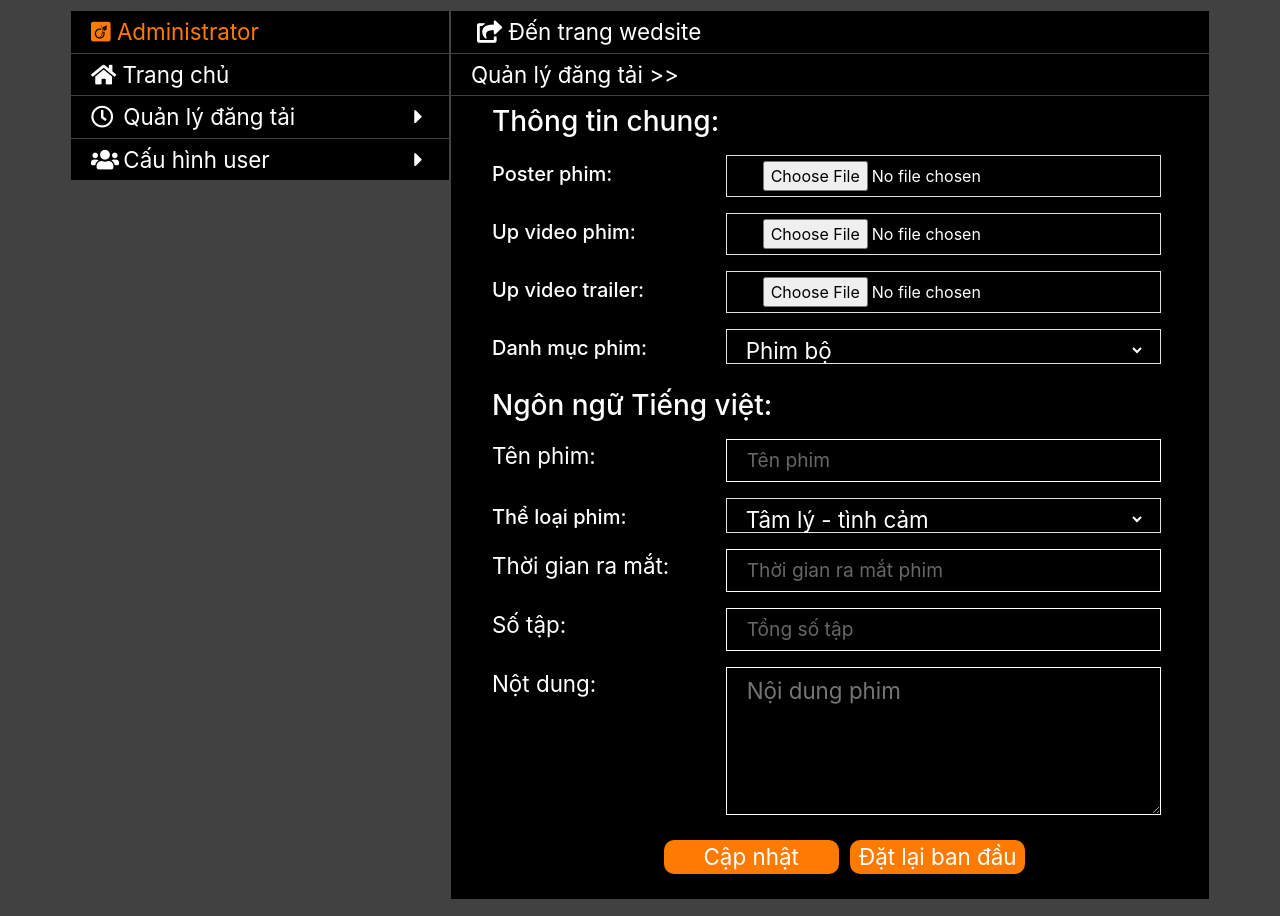
Repository: SonNguyen892002/Lau-Dai-Code
Page: http://localhost/wed-jdbc-1-2023/views/admin/dangtaiphim.jsp
The author's editor kept a copy of each file at every save. The page is drawn from the files as they stood at one save, then again after the next save.
The browser window is 1280 px wide. The pictures show the whole page.
The page is served by Tomcat 9. Nobody is signed in. The application's start-up code is not run.

Above is the page before, as saved 2022-01-15 10:13:39.

After the next save:
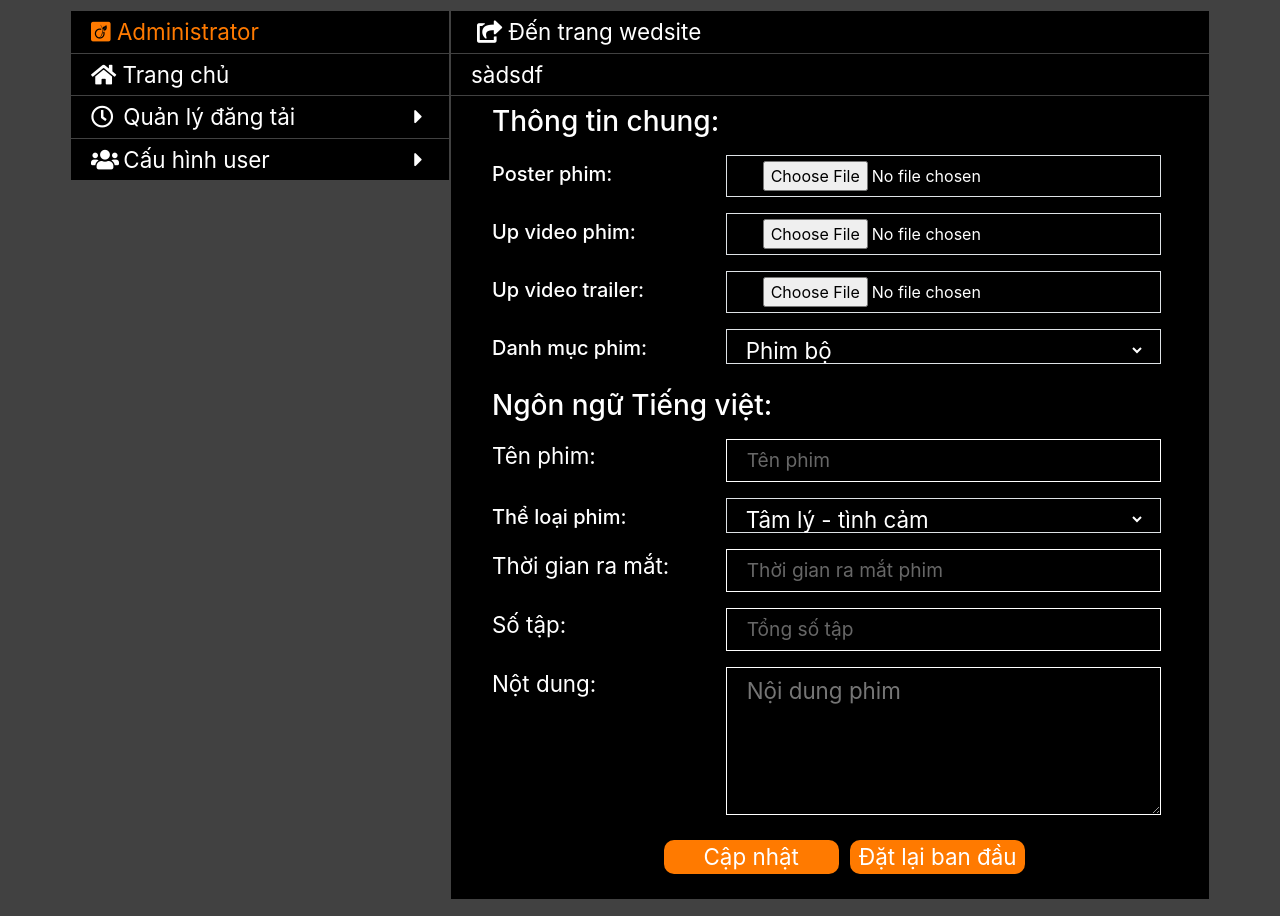
Saved 2 min 33 s later.
--- a/workspace/wed-jdbc-1-2023/src/main/webapp/views/admin/dangtaiphim.jsp
+++ b/workspace/wed-jdbc-1-2023/src/main/webapp/views/admin/dangtaiphim.jsp
@@ -132,6 +132,7 @@
 <script>
 	const btnA = document.querySelector('.t');
 	console.log(btnA);
+	btnA.innerHTML = "sàdsdf";
 </script>
 
 <%@ include file="footer.jsp" %>
